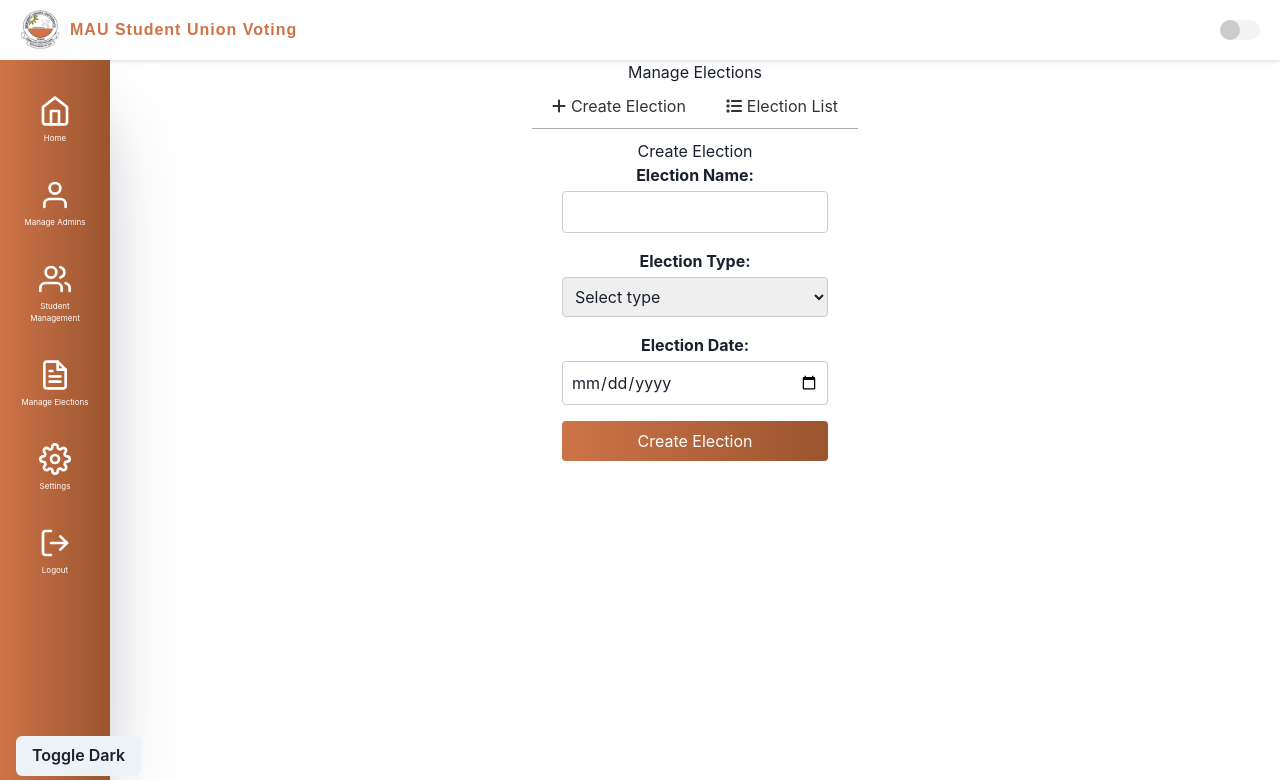
Repository: joena1o/e-vote
Page: /admin-dashboard/manage-elections
These files come from the project's save history. The page is drawn as it stood at one moment and after the next save; the edit follows.
The browser window is 1280 px wide. The pictures show the whole page.
The project was rebuilt for these pictures with package versions that can differ from the ones it lists, and the page was loaded fresh each time. Also part of the build but not shown: src/components/EnhancedLogin.js, src/components/maincontent/RegisterStudents/ManageStudents.js, src/components/maincontent/RegisterStudents/RegisterStudents.js, src/components/maincontent/RegisterStudents/StudentManagement.js, src/components/maincontent/ElectionResults/ViewResults.js, src/components/maincontent/Settings/Settings.js, src/api/index.js, src/components/maincontent/home/Home.styles.js and 5 more.

Above is the page before, as saved 2023-10-20 04:19:24.

After the next save:
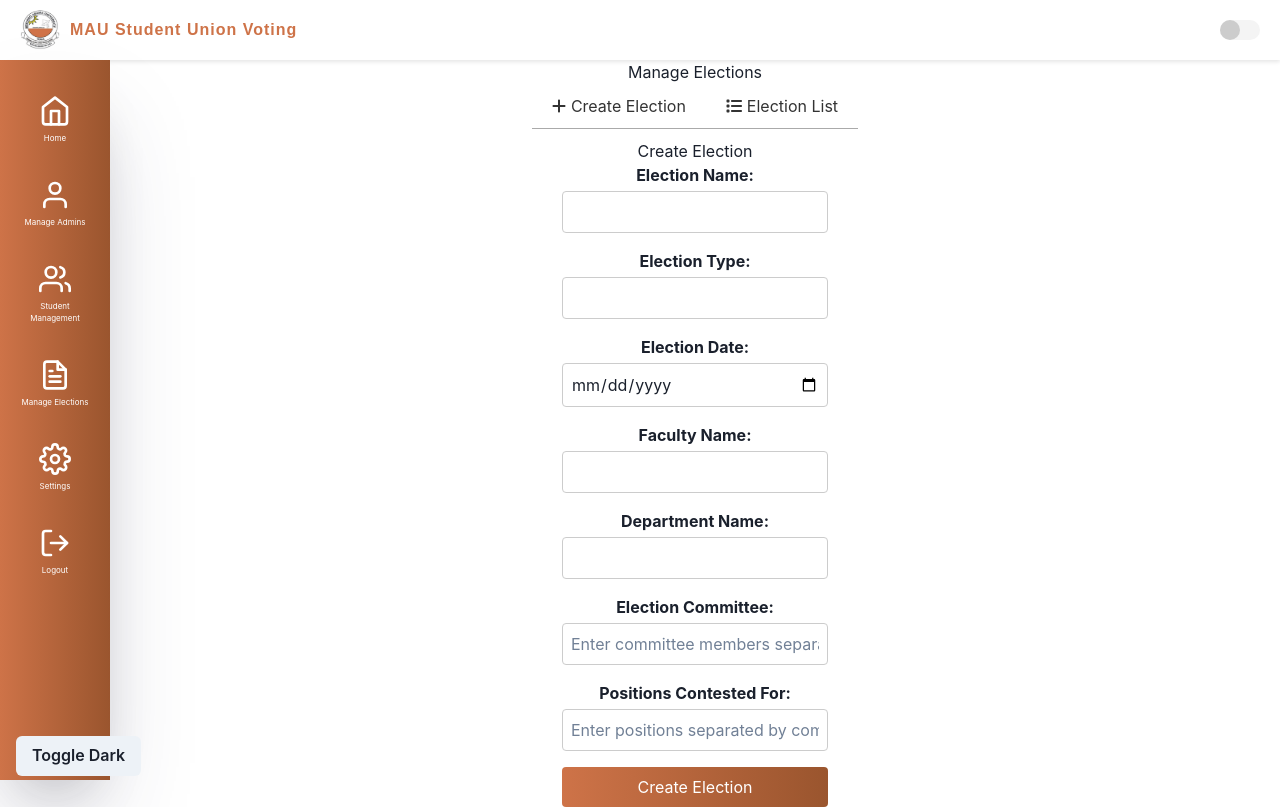
Saved 55 min 50 s later.
--- a/src/components/maincontent/ManageElections/CreateElection.js
+++ b/src/components/maincontent/ManageElections/CreateElection.js
@@ -30,13 +30,6 @@ const FormLabel = styled.label`
 `;
 
 const FormInput = styled.input`
-  padding: 0.5rem;
-  border: 1px solid #ccc;
-  border-radius: 4px;
-  font-size: 1rem;
-`;
-
-const FormSelect = styled.select`
   padding: 0.5rem;
   border: 1px solid #ccc;
   border-radius: 4px;
@@ -76,6 +69,8 @@ const validationSchema = Yup.object({
     is: 'department',
     then: Yup.string().required('Department name is required for department elections'),
   }),
+  committee: Yup.array().of(Yup.string()).required('Committee is required'),
+  positions: Yup.array().of(Yup.string()).required('Positions are required'),
 });
 
 const CreateElection = () => {
@@ -87,6 +82,8 @@ const CreateElection = () => {
       date: null,
       faculty: '',
       department: '',
+      committee: [],
+      positions: [],
     },
     validationSchema,
     onSubmit: (values, { resetForm }) => {
@@ -114,17 +111,13 @@ const CreateElection = () => {
 
         <FormField>
           <FormLabel htmlFor="type">Election Type:</FormLabel>
-          <FormSelect
+          <FormInput
             id="type"
             name="type"
+            type="text"
             onChange={formik.handleChange}
             value={formik.values.type}
-          >
-            <option value="" label="Select type" />
-            <option value="general" label="General" />
-            <option value="faculty" label="Faculty" />
-            <option value="department" label="Department" />
-          </FormSelect>
+          />
           {formik.errors.type && <FormError>{formik.errors.type}</FormError>}
         </FormField>
 
@@ -135,38 +128,60 @@ const CreateElection = () => {
             name="date"
             type="date"
             onChange={formik.handleChange}
-            value={formik.values.date || ''}
+            value={formik.values.date}
           />
           {formik.errors.date && <FormError>{formik.errors.date}</FormError>}
         </FormField>
 
-        {formik.values.type === 'faculty' && (
-          <FormField>
-            <FormLabel htmlFor="faculty">Faculty Name:</FormLabel>
-            <FormInput
-              id="faculty"
-              name="faculty"
-              type="text"
-              onChange={formik.handleChange}
-              value={formik.values.faculty}
-            />
-            {formik.errors.faculty && <FormError>{formik.errors.faculty}</FormError>}
-          </FormField>
-        )}
+        <FormField>
+          <FormLabel htmlFor="faculty">Faculty Name:</FormLabel>
+          <FormInput
+            id="faculty"
+            name="faculty"
+            type="text"
+            onChange={formik.handleChange}
+            value={formik.values.faculty}
+          />
+          {formik.errors.faculty && <FormError>{formik.errors.faculty}</FormError>}
+        </FormField>
 
-        {formik.values.type === 'department' && (
-          <FormField>
-            <FormLabel htmlFor="department">Department Name:</FormLabel>
-            <FormInput
-              id="department"
-              name="department"
-              type="text"
-              onChange={formik.handleChange}
-              value={formik.values.department}
-            />
-            {formik.errors.department && <FormError>{formik.errors.department}</FormError>}
-          </FormField>
-        )}
+        <FormField>
+          <FormLabel htmlFor="department">Department Name:</FormLabel>
+          <FormInput
+            id="department"
+            name="department"
+            type="text"
+            onChange={formik.handleChange}
+            value={formik.values.department}
+          />
+          {formik.errors.department && <FormError>{formik.errors.department}</FormError>}
+        </FormField>
+
+        <FormField>
+          <FormLabel htmlFor="committee">Election Committee:</FormLabel>
+          <FormInput
+            id="committee"
+            name="committee"
+            type="text"
+            placeholder="Enter committee members separated by commas"
+            onChange={formik.handleChange}
+            value={formik.values.committee}
+          />
+          {formik.errors.committee && <FormError>{formik.errors.committee}</FormError>}
+        </FormField>
+
+        <FormField>
+          <FormLabel htmlFor="positions">Positions Contested For:</FormLabel>
+          <FormInput
+            id="positions"
+            name="positions"
+            type="text"
+            placeholder="Enter positions separated by commas"
+            onChange={formik.handleChange}
+            value={formik.values.positions}
+          />
+          {formik.errors.positions && <FormError>{formik.errors.positions}</FormError>}
+        </FormField>
 
         <CreateButton type="submit">Create Election</CreateButton>
       </Form>
